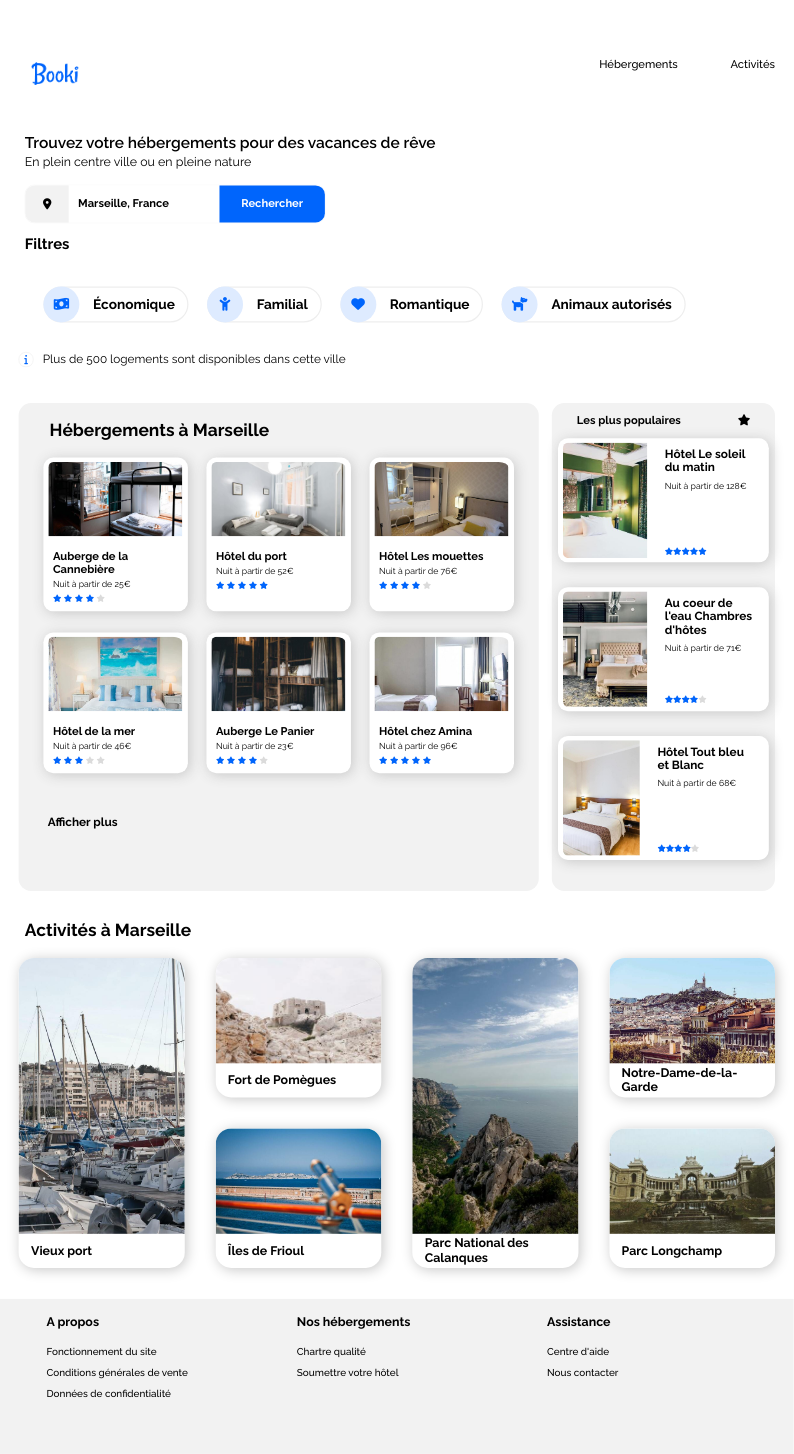
Repository: leandroBarbosaFR/booki
Page: index.html
An editor plug-in stored every save of this project. The page is shown before and after a run of saves, followed by the edit.
The browser window is 1280 px wide. The pictures show the whole page, at 62% of full size.

Above is the page before, as saved 2022-07-22 16:01:29.

### index.html
<!DOCTYPE html>
<html lang="en">

<head>
    <meta charset="UTF-8">
    <meta http-equiv="X-UA-Compatible" content="IE=edge">
    <meta name="viewport" content="width=device-width, initial-scale=1.0">
    <link rel="stylesheet" href="https://cdnjs.cloudflare.com/ajax/libs/normalize/8.0.1/normalize.min.css" integrity="sha512-NhSC1YmyruXifcj/KFRWoC561YpHpc5Jtzgvbuzx5VozKpWvQ+4nXhPdFgmx8xqexRcpAglTj9sIBWINXa8x5w==" crossorigin="anonymous" referrerpolicy="no-referrer"
    />
    <link rel="stylesheet" href="https://cdnjs.cloudflare.com/ajax/libs/font-awesome/6.0.0/css/all.min.css" integrity="sha512-9usAa10IRO0HhonpyAIVpjrylPvoDwiPUiKdWk5t3PyolY1cOd4DSE0Ga+ri4AuTroPR5aQvXU9xC6qOPnzFeg==" crossorigin="anonymous" referrerpolicy="no-referrer"
    />
    <link rel="preconnect" href="https://fonts.googleapis.com">
    <link rel="preconnect" href="https://fonts.gstatic.com" crossorigin>
    <link href="https://fonts.googleapis.com/css2?family=Raleway:wght@400;500;600;700&display=swap" rel="stylesheet">
    <link href="css/style.css" rel="stylesheet">
    <title>Booki</title>
</head>

<body>
    <main class=body>
        <!-- Logo et Menu  -->
        <header class="header">
            <div>
                <img class="logo" alt="logobooki" src="./images/Booki.png" />
            </div>
            <div class="menu">
                <a href="#titreun" class="hebergements">Hébergements
                    <div class="barrebleue"></div>
                </a>
                <a href="#titretrois" class="activites"> Activités
                    <div class="barrebleue"></div>
                </a>
            </div>
        </header>
        <!-- Introduction -->
        <section class="introduction">
            <h1 class="trouvez">Trouvez votre hébergements pour des vacances de rêve</h1>
            <p class="centre"> En plein centre ville ou en pleine nature</p>
        </section>
        <!-- Boutton de recherche -->
        <form class="location">
            <i class="fa-solid fa-location-dot"></i>
            <input type="text" class="marseille" value="Marseille, France">
            <div class="rechercher"> Rechercher</div>
            <i class="fa-solid fa-magnifying-glass"></i>
        </form>
        <!-- Filtres -->
        <h2 class="h2-filtres">Filtres</h2>

        <section class="filtres">

           <div class="two-filtres">

           </div> <a href=# class="economique">
                <i class="fa-solid fa-money-bill-wave"></i>
                <p class="text">Économique</p>
            </a>
            <a href=# class="famillial">
                <i class="fa-solid fa-child"></i>
                <p class="text">Familial</p>
            </a>
            <a href=# class="romantique">
                <i class="fa-solid fa-heart"></i>
                <p class="text">Romantique</p>
            </a>
            <a href=# class="animaux">
                <i class="fa-solid fa-dog"></i>
                <p class="text">Animaux autorisés</p>
            </a>
        </section>
        <div class="information">
            <i class="fa-solid fa-info"></i>
            <p class="logement">Plus de 500 logements sont disponibles dans cette ville</p>
        </div>
        <!-- Les hébergements à Marseille -->
        <div class="bordures"><!--the card of all hotels 72 to 231 -->
            <section class="bordureune">
                <h3 class="titreun" id="titreun">Hébergements à Marseille</h3>
                <div class="column">
                    <div class="hotelun cannebiere"><!--white-card-->
                        <a href="#" class="none">
                            <img class="imghotelun" alt="Image d'une chambre d'hotel" src="./images/cannebiere.jpg" /><!--image-card-->
                            <div class="paddingtrois"><!--description of the hotel-->
                                <p class="hotel"> Auberge de la Cannebière</p>
                                <p class="nuit"> Nuit à partir de 25€</p>
                                <div><!--ratings-->
                                    <i class="fa-solid fa-star starune etoilebleu"></i>
                                    <i class="fa-solid fa-star starune etoilebleu"></i>
                                    <i class="fa-solid fa-star starune etoilebleu"></i>
                                    <i class="fa-solid fa-star starune etoilebleu"></i>
                                    <i class="fa-solid fa-star starune etoilegrise"></i>
                                </div>
                            </div>
                        </a>
                    </div>
                    <div class="hotelun">
                        <a href="#" class="none">
                            <img class="imghotelun" alt="Image d'une chambre d'hotel" src="./images/port.jpg" />
                            <div class="paddingtrois">
                                <p class="hotel"> Hôtel du port</p>
                                <p class="nuit">Nuit à partir de 52€</p>
                                <div>
                                    <i class="fa-solid fa-star starune etoilebleu"></i>
                                    <i class="fa-solid fa-star starune etoilebleu"></i>
                                    <i class="fa-solid fa-star starune etoilebleu"></i>
                                    <i class="fa-solid fa-star starune etoilebleu"></i>
                                    <i class="fa-solid fa-star starune etoilebleu"></i>
                                </div>
                            </div>
                        </a>
                    </div>
                    <div class="hotelun">
                        <a href="#" class="none">
                            <img class="imghotelun" alt="Image d'une chambre d'hotel" src="./images/mouettes.jpg" />
                            <div class="paddingtrois">
                                <p class="hotel"> Hôtel Les mouettes </p>
                                <p class="nuit">Nuit à partir de 76€</p>
                                <div>
                                    <i class="fa-solid starune fa-star etoilebleu"></i>
                                    <i class="fa-solid starune fa-star etoilebleu"></i>
                                    <i class="fa-solid starune fa-star etoilebleu"></i>
                                    <i class="fa-solid starune fa-star etoilebleu"></i>
                                    <i class="fa-solid starune fa-star etoilegrise"></i>
                                </div>
                            </div>
                        </a>
                    </div>
                    <div class="hotelun">
                        <a href="#" class="none">
                            <img class="imghotelun" alt="Image d'une chambre d'hotel" src="./images/mer.jpg" />
                            <div class="paddingtrois">
                                <p class="hotel"> Hôtel de la mer</p>
                                <p class="nuit">Nuit à partir de 46€</p>
                                <div>
                                    <i class="fa-solid starune fa-star etoilebleu"></i>
                                    <i class="fa-solid starune fa-star etoilebleu"></i>
                                    <i class="fa-solid starune fa-star etoilebleu"></i>
                                    <i class="fa-solid starune fa-star etoilegrise"></i>
                                    <i class="fa-solid starune fa-star etoilegrise"></i>
                                </div>
                            </div>
                        </a>
                    </div>
                    <div class="hotelun">
                        <a href="#" class="none">
                            <img class="imghotelun" alt="Image d'une chambre d'hotel" src="./images/panier.jpg" />
                            <div class="paddingtrois">
                                <p class="hotel"> Auberge Le Panier</p>
                                <p class="nuit">Nuit à partir de 23€</p>
                                <div>
                                    <i class="fa-solid starune fa-star etoilebleu"></i>
                                    <i class="fa-solid starune fa-star etoilebleu"></i>
                                    <i class="fa-solid starune fa-star etoilebleu"></i>
                                    <i class="fa-solid starune fa-star etoilebleu"></i>
                                    <i class="fa-solid starune fa-star etoilegrise"></i>
                                </div>
                            </div>
                        </a>
                    </div>
                    <div class="hotelun">
                        <a href="#" class="none">
                            <img class="imghotelun" alt="Image d'une chambre d'hotel" src="./images/anima.jpg" />
                            <div class="paddingtrois">
                                <p class="hotel"> Hôtel chez Amina</p>
                                <p class="nuit">Nuit à partir de 96€</p>
                                <div>
                                    <i class="fa-solid starune fa-star etoilebleu"></i>
                                    <i class="fa-solid starune fa-star etoilebleu"></i>
                                    <i class="fa-solid starune fa-star etoilebleu"></i>
                                    <i class="fa-solid starune fa-star etoilebleu"></i>
                                    <i class="fa-solid starune fa-star etoilebleu"></i>
                                </div>
                            </div>
                        </a>
                    </div>
                </div>
                <p class="afficher"> Afficher plus</p>
            </section>
            <section class="borduredeux">
                <h3 class="titredeux"> Les plus populaires
                  <i class="fa-solid fa-star"></i>
                </h3>
                <!-- Les plus populaires -->
                <div class="columndeux">
                    <div class="hoteldeux">
                        <a href=# class="widthhoteldeux none">
                            <img class="imghoteldeux" alt="Image d'une chambre d'hotel" src="./images/soleil.jpg" />
                            <div class="paddingquatre">
                                <p class="hoteltrois"> Hôtel Le soleil du matin</p>
                                <p class="nuitdeux"> Nuit à partir de 128€</p>
                                <p class="stardeux">
                                    <i class="fa-solid fa-star etoilebleu"></i>
                                    <i class="fa-solid fa-star etoilebleu"></i>
                                    <i class="fa-solid fa-star etoilebleu"></i>
                                    <i class="fa-solid fa-star etoilebleu"></i>
                                    <i class="fa-solid fa-star etoilebleu"></i>
                                </p>
                            </div>
                        </a>
                    </div>
                    <div class="hoteldeux">
                        <a href=# class="widthhoteldeux none">
                            <img class="imghoteldeux" alt="Image d'une chambre d'hotel" src="./images/eau.jpg" />
                            <div class="paddingquatre">
                                <p class="hoteltrois"> Au coeur de l'eau Chambres d'hôtes</p>
                                <p class="nuitdeux"> Nuit à partir de 71€</p>
                                <p class="stardeux">
                                    <i class="fa-solid fa-star etoilebleu"></i>
                                    <i class="fa-solid fa-star etoilebleu"></i>
                                    <i class="fa-solid fa-star etoilebleu"></i>
                                    <i class="fa-solid fa-star etoilebleu"></i>
                                    <i class="fa-solid fa-star etoilegrise"></i>
                                </p>
                            </div>
                        </a>
                    </div>
                    <div class="hoteldeux">
                        <a href="#" class="widthhoteldeux none">
                            <img class="imghoteldeux" alt="Image d'une chambre d'hotel" src="./images/toutbleu.jpg" />
                            <div class="paddingquatre">
                                <p class="hoteltrois"> Hôtel Tout bleu et Blanc</p>
                                <p class="nuitdeux"> Nuit à partir de 68€</p>
                                <p class="stardeux">
                                    <i class="fa-solid fa-star etoilebleu"></i>
                                    <i class="fa-solid fa-star etoilebleu"></i>
                                    <i class="fa-solid fa-star etoilebleu"></i>
                                    <i class="fa-solid fa-star etoilebleu"></i>
                                    <i class="fa-solid fa-star etoilegrise"></i>
                                </p>
                            </div>
                        </a>
                    </div>
                </div>
            </section>
        </div>
        <section>
            <!-- Activités à Marseille -->
            <h3 class="titretrois" id="titretrois">
                Activités à Marseille
            </h3>
            <div class="activitesdeux">
                <div class="widthactivites borderradius">
                    <a href="#" class=" lienimage none">
                        <img class="imgvieuxport imgwidth" alt="image du vieux port de Marseille" src="./images/vieuxport.jpg" />
                        <p class="vieuxport"> Vieux port </p>
                    </a>
                </div>
                <div class="widthactivites gapelement">
                    <a href="#" class="grandelement lienimage borderradius none">
                        <img class="imgpomegues imgwidth" alt="Image du fort de Pomègues" src="./images/pomegues.jpg" />
                        <p class="vieuxport"> Fort de Pomègues</p>
                    </a>
                    <a href="#" class="none lienimage grandelement borderradius">
                        <img class="imgpomegues imgwidth" alt="Images des îles de Frioul" src="./images/frioul.jpg" />
                        <p class="vieuxport"> Îles de Frioul</p>
                    </a>
                </div>
                <div class="widthactivites calanquesorder borderradius">
                    <a href="#" class="lienimage none">
                        <img class="imgvieuxport imgwidth" alt="Image des Calanques" src="./images/calanques.jpg" />
                        <p class="vieuxport"> Parc National des Calanques</p>
                    </a>
                </div>
                <div class="widthactivites gapelement">
                    <a href="#" class="grandelement lienimage borderradius none">
                        <img class="imgpomegues imgwidth" alt="image de Notre-Dame-de-la-Garde" src="./images/notredame.jpg" />
                        <p class="vieuxport"> Notre-Dame-de-la-Garde</p>
                    </a>
                    <a href="#" class="grandelement lienimage borderradius none">
                        <img class="imgpomegues imgwidth" alt="Image du parc Longchamp" src="./images/longchamp.jpg" />
                        <p class="vieuxport"> Parc Longchamp</p>
                    </a>
                </div>
            </div>
        </section>
    </main>
    <!-- Information footer -->
    <footer class=footer>
        <section class="footerun">
            <h4 class="titrequatre paddingbot"> A propos </h4>
            <p class="txt"> Fonctionnement du site </p>
            <p class="txt paddingmiddle"> Conditions générales de vente </p>
            <p class="txt"> Données de confidentialité</p>
        </section>
        <section class="footerun">
            <h4 class="titrequatre"> Nos hébergements</h4>
            <p class="txt paddingmiddle"> Chartre qualité</p>
            <p class="txt"> Soumettre votre hôtel</p>
        </section>
        <section class="footerun">
            <h4 class="titrequatre"> Assistance </h4>
            <p class="txt paddingmiddle"> Centre d'aide</p>
            <p class="txt"> Nous contacter</p>
        </section>
    </footer>
</body>

</html>

Loaded but not shown: css/style.css (605 lines, source omitted)

After the next 3 saves:
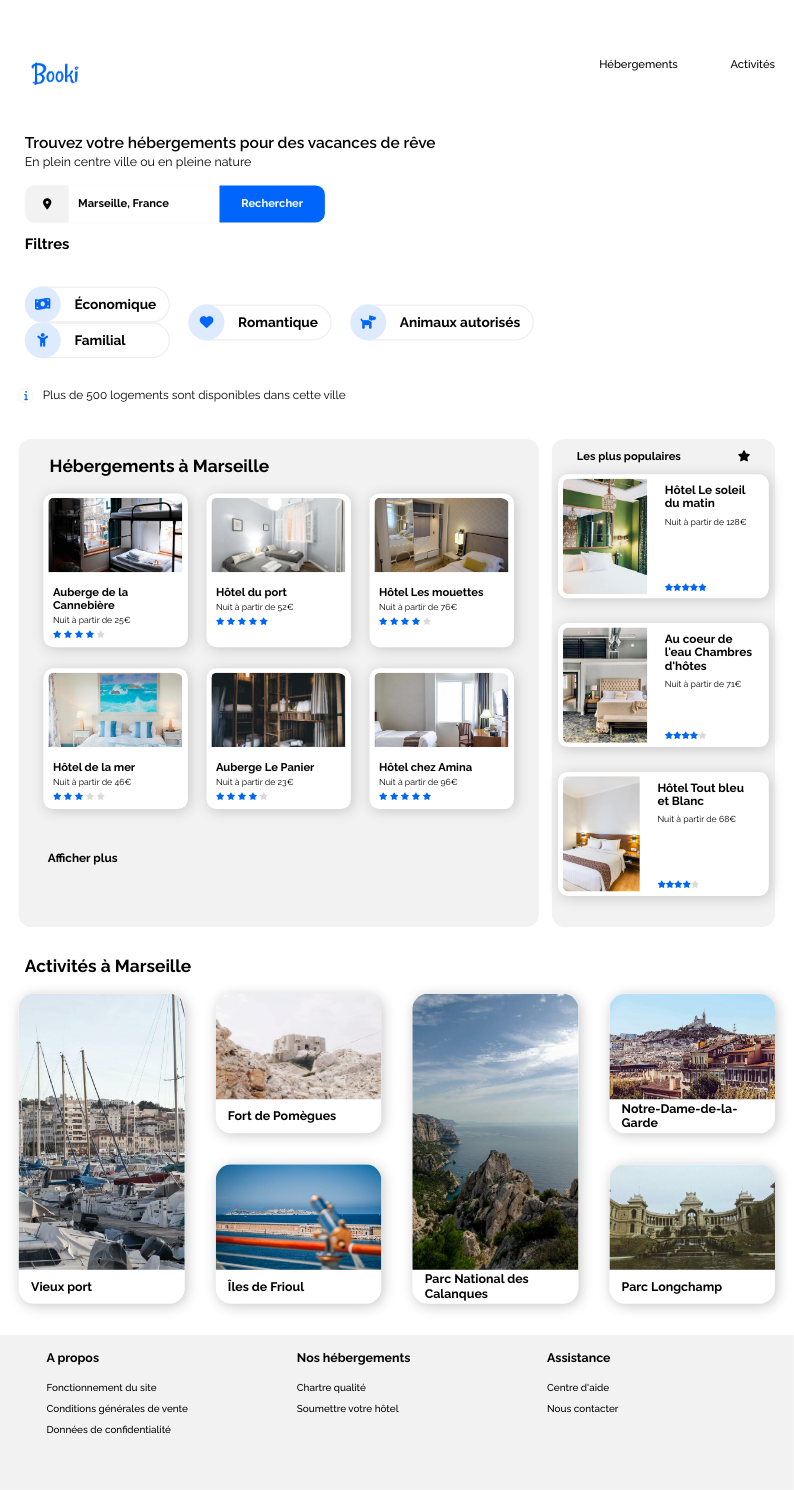
The 3 saves are shown as one change because they came seconds apart.
The last was saved 8 s later.
--- a/index.html
+++ b/index.html
@@ -51,7 +51,7 @@
 
            <div class="two-filtres">
 
-           </div> <a href=# class="economique">
+            <a href=# class="economique">
                 <i class="fa-solid fa-money-bill-wave"></i>
                 <p class="text">Économique</p>
             </a>
@@ -59,6 +59,7 @@
                 <i class="fa-solid fa-child"></i>
                 <p class="text">Familial</p>
             </a>
+          </div>
             <a href=# class="romantique">
                 <i class="fa-solid fa-heart"></i>
                 <p class="text">Romantique</p>
